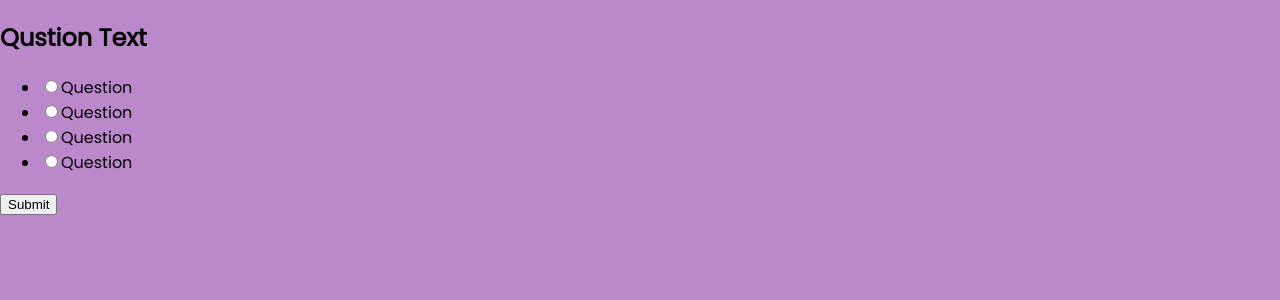
Repository: Abhi2359/Intermediate-projects
Page: Quiz App/index.html
These files come from the project's save history. The page is drawn as it stood at one moment and after the next save; the edit follows.
The browser window is 1280 px wide. The pictures show the whole page.

Above is the page before, as saved 2023-01-31 13:53:02.

### Quiz App/index.html
<!DOCTYPE html>
<html lang="en">
  <head>
    <meta charset="UTF-8" />
    <meta http-equiv="X-UA-Compatible" content="IE=edge" />
    <meta name="viewport" content="width=device-width, initial-scale=1.0" />
    <title>Quiz App</title>
    <link rel="stylesheet" href="style.css">
  </head>
  <body>
    <div class="quiz-container">
      <h2>Qustion Text</h2>
      <ul>
        <li>
          <input type="radio" name="answer" id="a" /><label for="a"
            >Question</label
          >
        </li>
        <li>
          <input type="radio" name="answer" id="b" /><label for="b"
            >Question</label
          >
        </li>
        <li>
          <input type="radio" name="answer" id="c" /><label for="c"
            >Question</label
          >
        </li>
        <li>
          <input type="radio" name="answer" id="d" /><label for="d"
            >Question</label
          >
        </li>
      </ul>
      <button>Submit</button>
    </div>
  </body>
</html>

### Quiz App/style.css
@import url("https://fonts.googleapis.com/css2?family=Poppins&family=Roboto:wght@300;500;700;900&display=swap");

* {
  box-sizing: border-box;
}

body {
  font-family: "Poppins", sans-serif;
  margin: 0;
 background-color: #b8c;
}

After the next save:
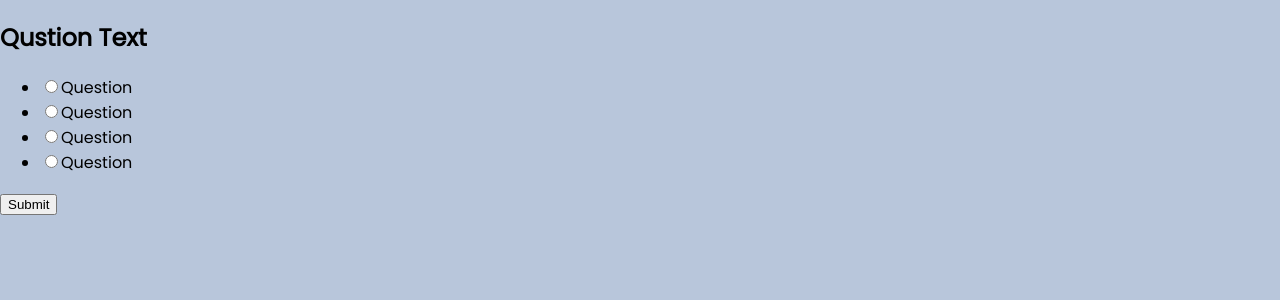
Saved 6 s later.
--- a/Quiz App/style.css
+++ b/Quiz App/style.css
@@ -7,5 +7,5 @@
 body {
   font-family: "Poppins", sans-serif;
   margin: 0;
- background-color: #b8c;
+ background-color: #b8c6db;
 }
